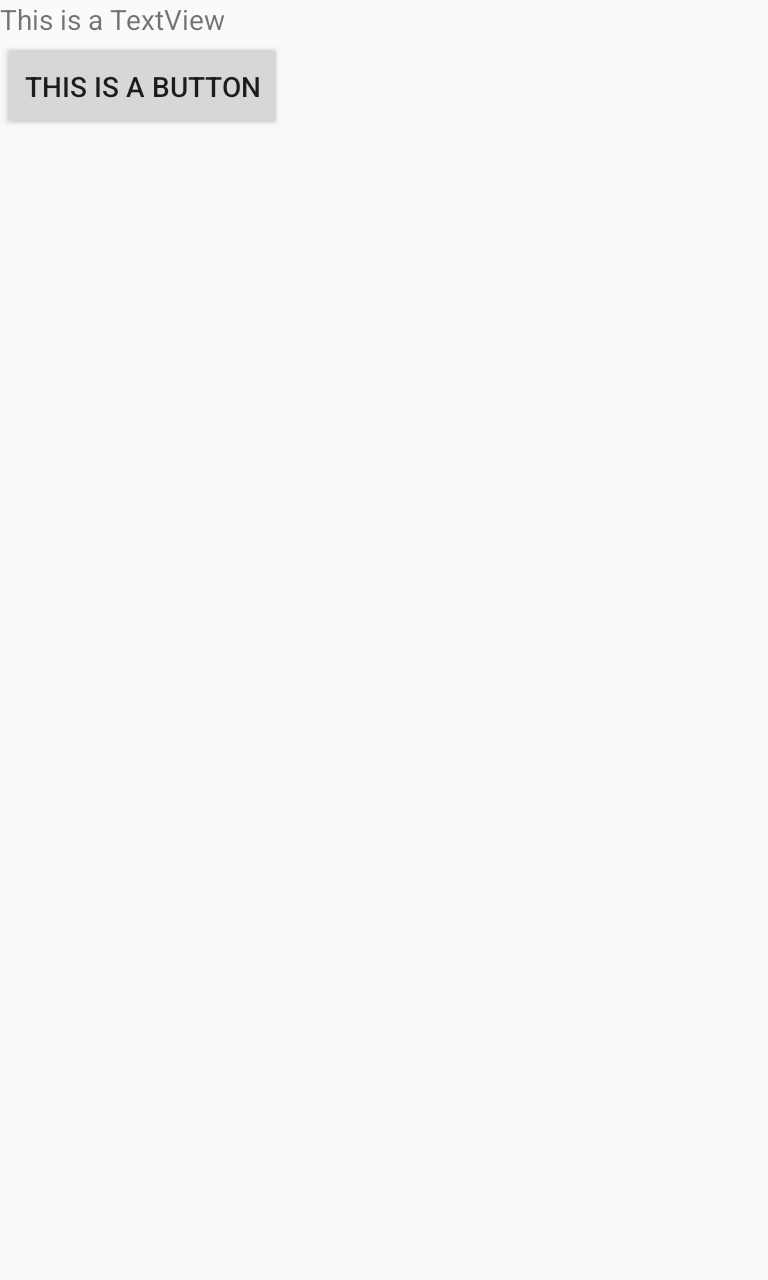
Repository: apoorvelec/AndroidApps
Layout: Calculator/res/layout/activity_main.xml
An editor plug-in stored every save of this project. The layout is shown before and after the next save, followed by the edit.
It is drawn on a 768 x 1280 px phone screen (xhdpi) without system bars, with theme AppTheme; the app's code is not run.

Above is the layout before, as saved 2016-05-16 20:51:26.

After the next save:
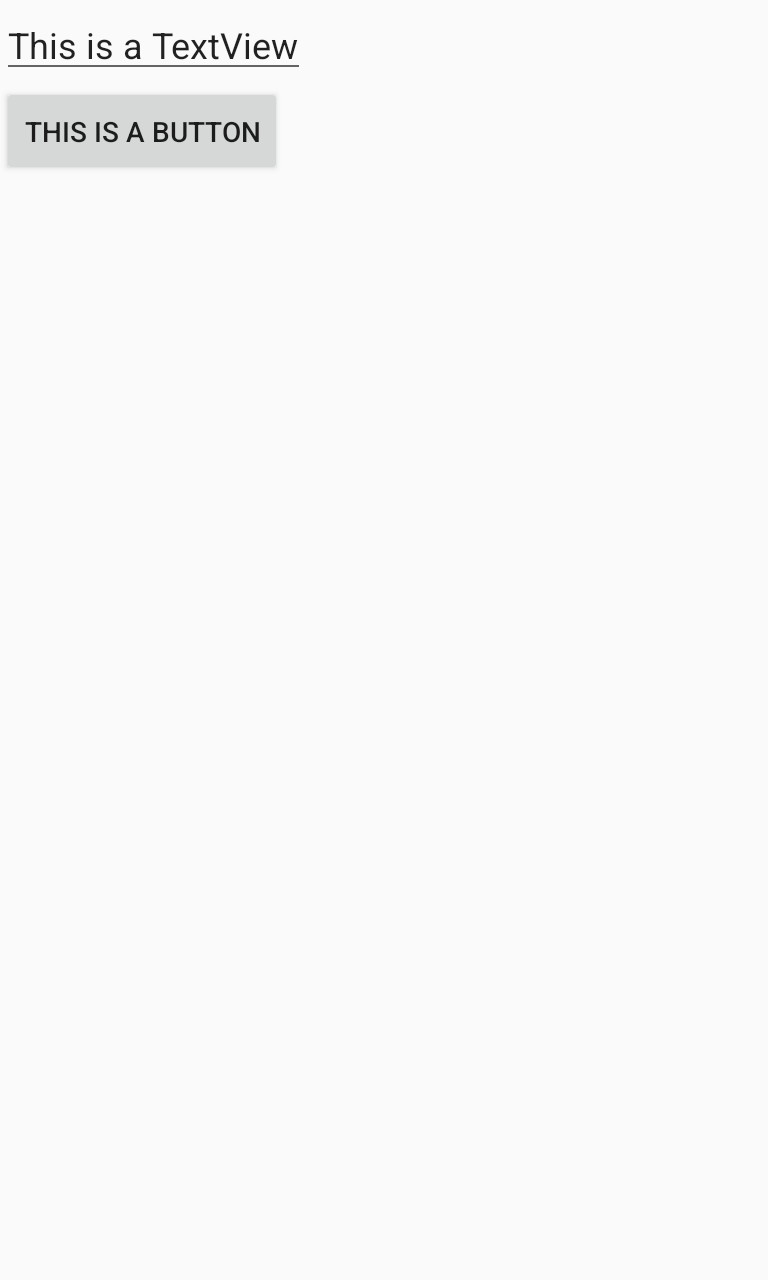
Saved 76 s later.
--- a/Calculator/res/layout/activity_main.xml
+++ b/Calculator/res/layout/activity_main.xml
@@ -4,7 +4,7 @@
    android:layout_height="fill_parent"
    android:orientation="vertical" >
 
-   <TextView android:id="@+id/text"
+   <EditText android:id="@+id/text"
       android:layout_width="wrap_content"
       android:layout_height="wrap_content"
       android:text="This is a TextView" />
